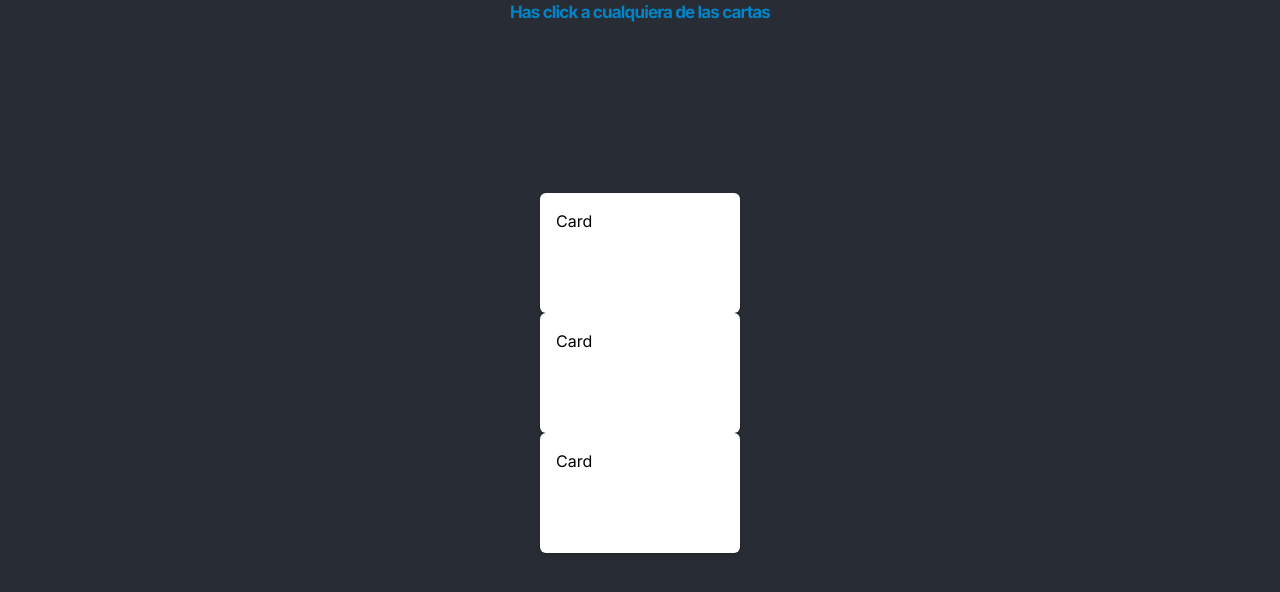
Repository: devsecops-node/simple-play
Page: /recomendations
The author's editor kept a copy of each file at every save. The page is drawn from the files as they stood at one save, then again after a run of saves.
The browser window is 1280 px wide. The pictures show the whole page.
The project was rebuilt for these pictures with package versions that can differ from the ones it lists, and the page was loaded fresh each time. The framework's server and built-in components were replaced by stand-ins that run in the browser. Also part of the build but not shown: next.config.mjs.

Above is the page before, as saved 2024-06-21 17:29:19.

After the next 2 saves:
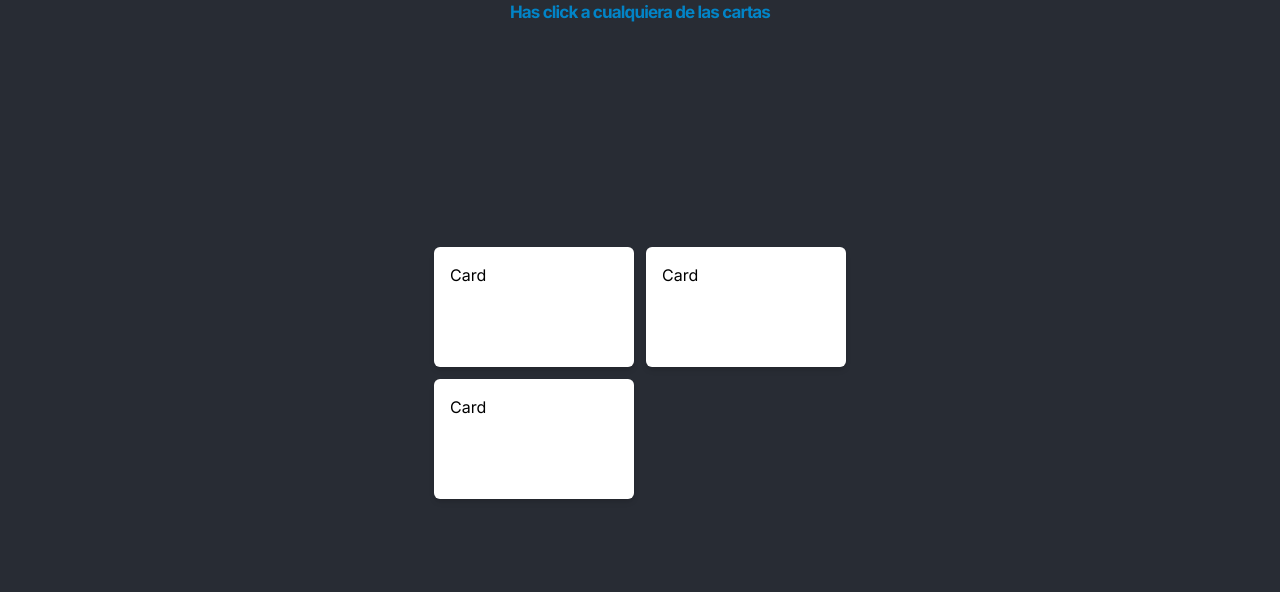
The 2 saves are shown as one change because they came seconds apart.
The last was saved 15 s later.
--- a/src/app/recomendations/page.tsx
+++ b/src/app/recomendations/page.tsx
@@ -10,17 +10,18 @@
 
 const page = () => {
   const recom: RecomendationUI2[] = [
-    { id: 1, recomenda: 'Cuando sonries, el mundo entero se detiene, es tan triste que no lo veas'},
-    { id: 1, recomenda: 'Si me preguntas que si te ves bien, diria que no hay nada que cambiaria, eres increible, tal como eres'},
+    { id: 1, recomenda: 'Cuando sonries, el mundo entero se detiene, es tan triste que no lo veas' },
+    { id: 1, recomenda: 'Si me preguntas que si te ves bien, diria que no hay nada que cambiaria, eres increible, tal como eres' },
     { id: 1, recomenda: 'Ya deja de preocuparte, recuerda que' }]
   return (
     <Container>
       <h1 className='tracking-tighter text-sky-600 font-bold text-[17px]'>Has click a cualquiera de las cartas</h1>
       <div className='container'>
-
-        {recom.map((dat) => (
-          <Card key={dat.id} />
-        ))}
+        <div className='cards'>
+          {recom.map((dat) => (
+            <Card key={dat.id} />
+          ))}
+        </div>
       </div>
     </Container>
   )

After the save that followed:
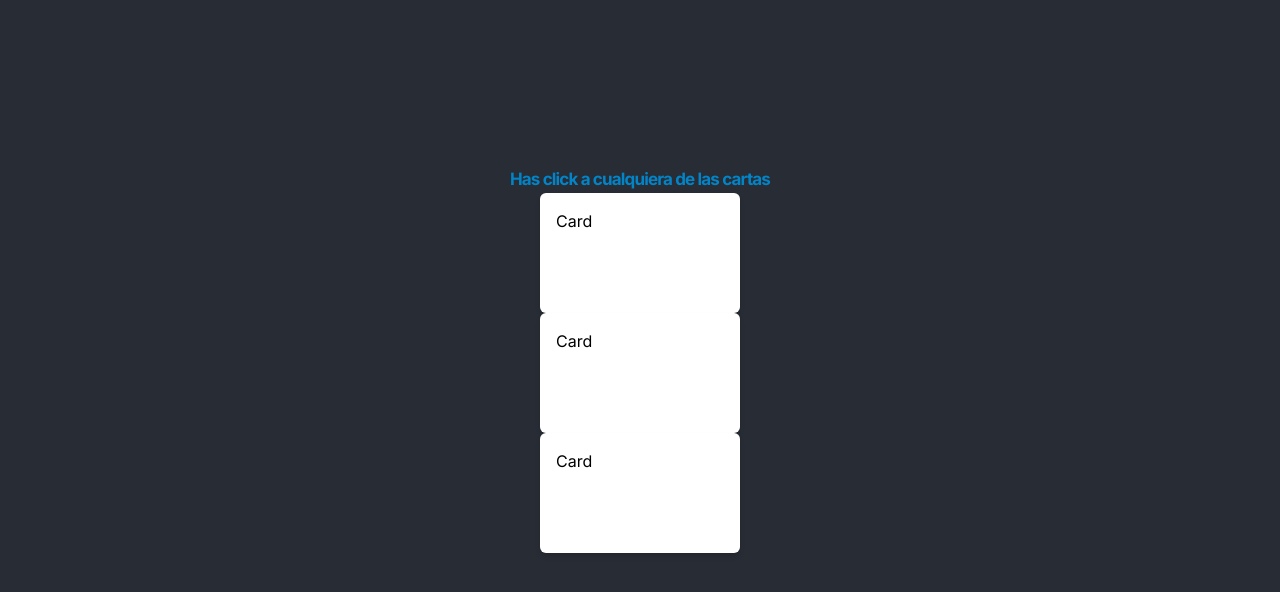
Saved 11 s later.
--- a/src/app/recomendations/page.tsx
+++ b/src/app/recomendations/page.tsx
@@ -16,7 +16,7 @@
   return (
     <Container>
       <h1 className='tracking-tighter text-sky-600 font-bold text-[17px]'>Has click a cualquiera de las cartas</h1>
-      <div className='container'>
+      <div className=''>
         <div className='cards'>
           {recom.map((dat) => (
             <Card key={dat.id} />
